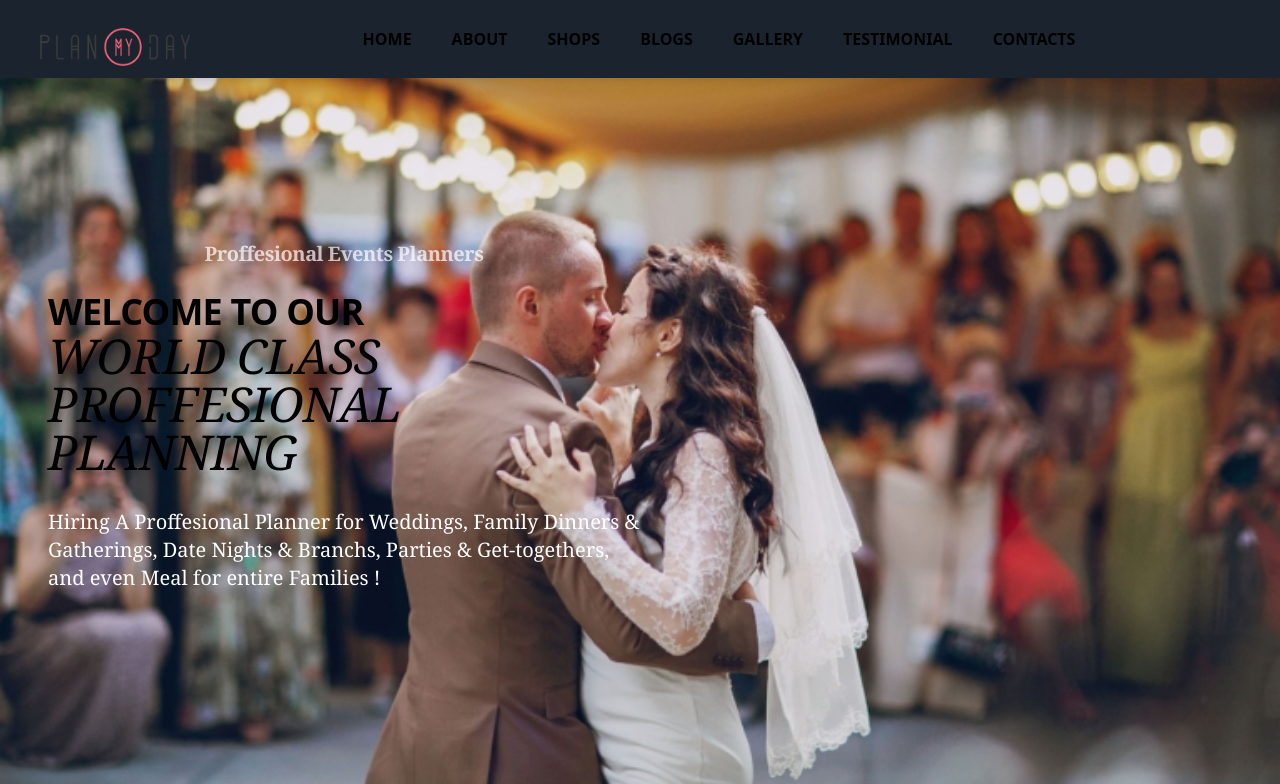
Repository: remydev47/eventsplanner
Page: /
An editor plug-in stored every save of this project. The page is shown before and after the next save, followed by the edit.
The browser window is 1280 px wide. The pictures show the whole page.
The project was rebuilt for these pictures with package versions that can differ from the ones it lists, and the page was loaded fresh each time. The framework's server and built-in components were replaced by stand-ins that run in the browser. Also part of the build but not shown: next.config.js, components/Header.jsx, components/Navigation.jsx, sections/Gallery.jsx, sections/Testimonial.jsx, sections/Plan.jsx, sections/Products.jsx, sections/Projects.jsx.

Above is the page before, as saved 2023-01-23 09:09:15.

After the next save:
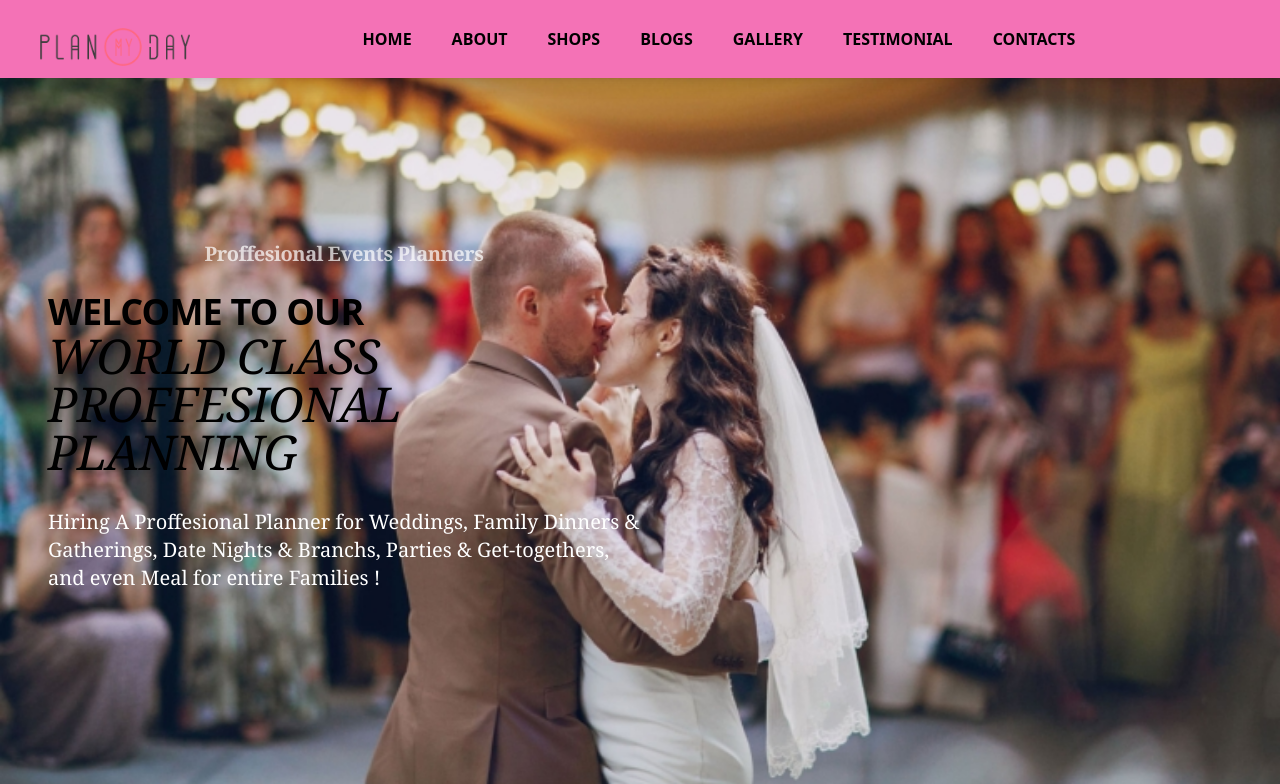
Saved 22 s later.
--- a/components/Navbar.jsx
+++ b/components/Navbar.jsx
@@ -5,7 +5,7 @@
 
 const Navbar = () => {
   return (
-    <header className="fixed inset-x-0 bg-primary-black z-20 flex justify-between items-center py-2 px-2 shadow-lg dark:bg-slate-900 sm:py-3 sm:px-8">
+    <header className="fixed inset-x-0 bg-pink-400 z-20 flex justify-between items-center py-2 px-2 shadow-lg dark:bg-slate-900 sm:py-3 sm:px-8">
             <div className='flex grow-0 basis-1/3 md:hidden'>
                 <Menupopover />
             </div>
